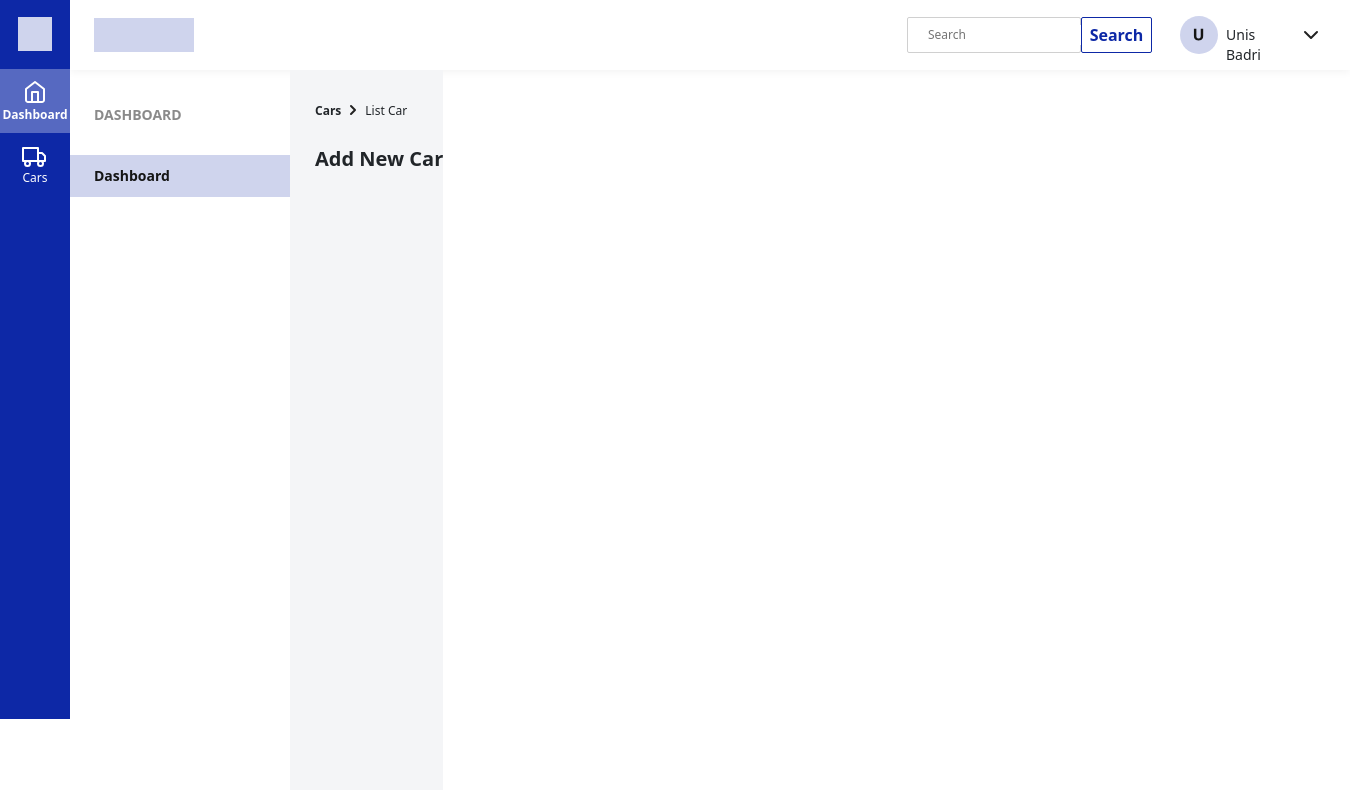
Repository: farrelmuhammad/challenge-7-binar
Page: /carlist/add
An editor plug-in stored every save of this project. The page is shown before and after the next save, followed by the edit.
The browser window is 1280 px wide. The page is 1350 px wide, so the pictures cover 1350 px, including what lies to the right of the window. The pictures show the whole page.
The project was rebuilt for these pictures with package versions that can differ from the ones it lists, and the page was loaded fresh each time. Also part of the build but not shown: src/component/navbar.js, src/component/header.js, src/component/footer.js, src/App.js, src/component/admin/Dashboard/index.jsx, src/pages/admin/Dashboard.js, src/component/admin/Cars/index.jsx, src/pages/admin/CarsList.js and 2 more.

Above is the page before, as saved 2022-05-27 21:00:07.

### src/index.js
import React from 'react';
import { BrowserRouter } from 'react-router-dom';
import { createRoot } from 'react-dom/client';
import { Provider } from 'react-redux';
import { store } from './app/store';
import reportWebVitals from './reportWebVitals';
import './index.css';
import RouteApp from './Routes'

const container = document.getElementById('root');
const root = createRoot(container);

root.render(
  <React.StrictMode>
    <Provider store={store}>
      <BrowserRouter>
        <RouteApp />
      </BrowserRouter>
    </Provider>
  </React.StrictMode>
);

// If you want to start measuring performance in your app, pass a function
// to log results (for example: reportWebVitals(console.log))
// or send to an analytics endpoint. Learn more: https://bit.ly/CRA-vitals
reportWebVitals();

### src/index.css
body {
  font-family: Helvetica Neue, Helvetica, Arial, sans-serif;
  font-style: normal;
  font-weight: normal;
  font-size: 14px;
  line-height: 20px;
  margin: 0;
  padding: 0;
}

h1,
h2,
h3,
h4,
h5 {
  line-height: 150%;
}

.header{
  background-color: #F1F3FF;
}

.footer i {
  color: #0D28A6;
  font-size: x-large;
}

.bg-darkblue{
  background-color: #0D28A6;
}

.logo {
  background-color: #0D28A6;
  width: 100px;
  height: 34px;
}

code {
  font-family: source-code-pro, Menlo, Monaco, Consolas, 'Courier New',
    monospace;
}

.card-cari {
  width: 1047px;
  /* height: 106px; */
  margin-top: -50px;
  z-index: 2;
}
.button-cari {
  width: 92px !important;
  margin-top: 30px;
  height: 36px;
}
.activeCari {
  height: 100%;
  width: 0;
  position: fixed;
  z-index: 2;
  top: 0;
  left: 0;
  background-color: rgba(0, 0, 0, 0.5);
  overflow-x: hidden;
  transition: 0.5s;
  padding-top: 34px;
}

### src/pages/admin/AddCar.js
import React from 'react'
import Navbar from '../../component/admin/Navbar'
import AddNewCar from '../../component/admin/Cars/add'

function AddCar() {
  return (
    <>
        <Navbar />
        <AddNewCar />
    </>
  )
}

export default AddCar

### src/component/admin/Navbar.jsx
import { Link } from 'react-router-dom';
import './Navbar.css';

const Navbar = () => {
  return (
    <header>
      {/* navbar top */}
      <div className="nav-top navbar">
        <div className="logo"></div>
        <span
          className="icon-menu iconify"
          data-icon="charm:menu-hamburger"
          data-width="24"
        ></span>
        <form className="nav-search d-flex">
          <div className="box-search">
            <span
              className="iconify"
              data-icon="akar-icons:search"
              data-width="18"
            ></span>
            <input type="search" placeholder="Search" />
          </div>
          <button className="button-search" type="submit">
            Search
          </button>
        </form>
        <div className="profile">
          <img src="img/profile.svg" alt="profile" />
          <p>Unis Badri</p>
          <img className="dropdown" src="img/dropdown.svg" alt="dropdown" />
        </div>
      </div>

      {/* navbar side */}
      <div className="nav-side">
        <div className="nav-blue">
          <div className="square"></div>
          <div className="frame-menu">
            <div className="dash-img" id="active">
              <a href="/dashboard">
                <img src="/img/dashboard.svg" alt="dashboard" />
              </a>
              <a href="/dashboard">Dashboard</a>
            </div>
            <div className="dash-img">
              <Link to="/carlist">
              <a>
                <img src="/img/cars.svg" alt="cars" />
                Cars
              </a>
              </Link>
            </div>
          </div>
        </div>
        <div className="nav-white">
          <div className="title-menu">
            <h1>DASHBOARD</h1>
          </div>
          <div className="list-menu">
            <h1>Dashboard</h1>
          </div>
        </div>
      </div>
    </header>
  );
};

export default Navbar;

### src/component/admin/Cars/add/index.jsx
import React from 'react'


export const AddCar = () => {
  return (
    <>
            <div className="content">
                <div className="breadcrumb">
                <h1>Cars</h1>
                <img src="../img/arrow-right.svg" alt="arrow-right" />
                <p>List Car</p>
                </div>
                <div className="col">
                    <h1 className="title-h1">Add New Car</h1>
                </div>



                {/* order table */}
                <div className="container-car">

                </div>

                {/* table navigation */}



            </div>
            </>
  )
}

export default AddCar

### src/component/admin/Navbar.css
h1 {
    font-size: 14px;
    line-height: 20px;
}

header .nav-top {
    position: absolute;
    width: 1280px;
    height: 70px;
    left: 70px;
    right: 0;
    top: 0px;
    box-shadow: 0px 2px 8px rgba(0, 0, 0, 0.05);
}

header .nav-top .logo {
    position: absolute;
    width: 100px;
    height: 34px;
    left: 24px;
    top: 18px;
    background: #CFD4ED;
}

header .nav-top .icon-menu {
    position: absolute;
    width: 24px;
    height: 24px;
    left: 244px;
    top: 23px;
}

header .nav-top .nav-search {
    display: flex;
    flex-direction: row;
    align-items: flex-start;
    padding: 0px;
    position: absolute;
    width: 245px;
    height: 36px;
    left: 837px;
    top: 17px;
}

header .nav-top .nav-search .box-search {
    display: flex;
    flex-direction: row;
    align-items: center;
    padding-left: 12px;
    width: 174px;
    height: 36px;
    border: 1px solid #D0D0D0;
    border-radius: 2px;
    font-size: 12px;
    line-height: 18px;
    color: #8A8A8A;
}

header .nav-top .nav-search .box-search > input {
    border: none;
    outline: none;
    padding-left: 8px;
}

header .nav-top .nav-search .button-search {
    display: flex;
    flex-direction: row;
    justify-content: center;
    align-items: center;
    padding: 8px 12px;
    width: 71px;
    height: 36px;
    background-color: white;
    border: 1px solid #0D28A6;
    border-radius: 2px;
    font-weight: 700;
    color:#0D28A6;
}

header .nav-top .profile {
    display: flex;
    flex-direction: row;
    align-items: center;
    position: absolute;
    width: 143px;
    height: 38px;
    left: 1110px;
    right: 24px;
    top: 16px;
}

header .nav-top .profile > p {
    position: absolute;
    width: 65px;
    height: 20px;
    left: 46px;
    top: 9px;
    font-weight: 400;
    font-size: 14px;
    line-height: 20px;
}

header .nav-top .profile .dropdown {
    position: absolute;
    width: 24px;
    height: 24px;
    left: 119px;
    top: 7px;
}

header .nav-side {
    position: absolute;
    width: 290px;
    height: 100%;
    left: 0px;
    top: -1px;
}

header .nav-side .nav-blue {
    position: absolute;
    left: 0%;
    right: 75.86%;
    top: 0%;
    bottom: 0%;
    background: #0D28A6;
}

header .nav-side .nav-blue .square {
    position: absolute;
    width: 34px;
    height: 34px;
    left: 18px;
    top: 18px;
    background: #CFD4ED;
}

header .nav-side .nav-blue .frame-menu {
    display: flex;
    flex-direction: column;
    align-items: flex-start;
    padding: 0px;
    position: absolute;
    width: 70px;
    height: 128px;
    left: 0px;
    top: 70px;
}

header .nav-side .nav-blue .frame-menu .dash-img {
    display: flex;
    flex-direction: column;
    justify-content: center;
    align-items: center;
    padding: 20px 23px;
    position: static;
    width: 70px;
    height: 64px;
    left: 0px;
    top: 0px;
}

#active {
    font-weight: 700;
    background: rgba(255, 255, 255, 0.3);
}

header .nav-side .nav-blue .frame-menu .dash-img a {
    font-size: 12px;
    line-height: 18px;
    margin-top: 2px;
    text-decoration: none;
    color: white;
}

header .nav-side .nav-blue img:last-child {
    margin-top: 0;
}

header .nav-side .nav-white {
    position: absolute;
    left: 24.14%;
    right: 0%;
    top: 7.76%;
    bottom: 0.22%;
}

header .nav-side .nav-white .title-menu {
    position: absolute;
    width: 220px;
    height: 42px;
    left: 24px;
    top: 50px;
}

header .title-menu h1 {
    font-weight: 700;
    color: #8A8A8A;
    left: 24px;
}

header .nav-side .nav-white .list-menu {
    position: static;
    margin-top: 100px;
    width: 220px;
    height: 42px;
    padding: 11px 24px;
    background: #CFD4ED;
}

header .list-menu h1 {
    font-weight: 700;
    color: #151515;
    left: 24px;
}

### src/component/admin/Dashboard/Content.css
.content {
    position: absolute;
    overflow: auto;
    left: 290px;
    top: 70px;
    /* width: 1280px; */
    height: 100%;
    background: #F4F5F7;
    font-size: 14px;
    line-height: 20px;
}

.content .breadcrumb {
    position: absolute;
    width: 300px;
    height: 18px;
    left: 25px;
    top: 32px;
}

.content .breadcrumb > h1 {
    font-size: 12px;
    line-height: 18px;
    font-weight: 700;
}

.content .breadcrumb > p {
    font-size: 12px;
    line-height: 18px;
    font-weight: 300;
}

.content .breadcrumb > img {
    width: 16px;
    height: 16px;
    margin-left: 4px;
    margin-right: 4px;
}

.content .title-h1 {
    font-size: 20px;
    line-height: 30px;
    font-weight: 700;
    margin-left: 25px;
    margin-top:74px;
}

.content .list-order {
    margin-top: 24px;
    position: absolute;
    width: 79px;
    height: 24px;
    margin-left: 25px;
}

.content .list-order > img {
    width: 4px;
    height: 24px;
}

.content .list-order > h1 {
    float: right;
    font-weight: 700;
    margin-left: 8px;
}

.content .list-table table {
    margin-left: 25px;
    margin-top: 72px;
    width: 100%;
    table-layout: fixed;
    background-color: white;
    border: 1px solid none;
    border-radius: 2px;
}

.content .list-table table thead {
    background-color: rgba(207, 212, 237, 1);
    font-weight: 700;
}

.content .list-table table thead th:first-child {
    width: 40px;
}

.content .list-table table thead th > img {
    float: right;
}

.content .table-nav {
    display: flex;
    flex-direction: row;
    width: 1010px;
    font-size: 12px;
    line-height: 18px;
    font-weight: 300;
}

.content .table-nav .limit-nav{
    margin-left: 25px;
}

.content .table-nav .limit-nav p {
    font-size: 12px;
    line-height: 18px;
}

.content .table-nav .jump-nav {
    margin-left: 24px;
}

.content .table-nav .jump-nav p {
    font-size: 12px;
    line-height: 18px;
}

.content .table-nav .go-nav {
    width: 43px;
    height: 36px;
    margin-top: 34px;
    background: #0D28A6;
    border-radius: 0px 2px 2px 0px;
}

.content .table-nav .go-nav > h1 {
    text-align: center;
    font-weight: bold;
    color: white;
    padding: 8px 8px;
}

.content .table-nav .page-number {
    margin-top: 33px;
    margin-left: 550px;
}

.content .list-car {
    margin-top: 24px;
    position: absolute;
    width: 65px;
    height: 24px;
    margin-left: 25px;
}

.content .list-car > img {
    width: 4px;
    height: 24px;
}

.content .list-car > h1 {
    float: right;
    font-weight: 700;
    margin-left: 8px;
}

.content .title-button-car {
    display: inline-flex;
}

.content .title-button-car > h1 {
    margin-right: 800px;
}

.content .title-button-car > a img {
    margin-top: 74px;
}

.content .button-category {
    margin-top: 24px;
    margin-left: 8px;
    display: inline-flex;
}

.content .button-category img {
    margin-left: 16px;
}

.content .cars-card {
    width: 320px;
    height: 482px;
    margin-left: 25px;
    margin-top: 24px;
    box-shadow: 0px 0px 4px rgba(0, 0, 0, 0.15);
    border-radius: 8px;
}

.content .cars-card .card-img-top {
    width: 270px;
    height: 160px;
    margin: auto;
    margin-top: 55px;
}

.content .cars-card .card-body {
    padding: 24px;
}

.content .cars-card .card-body .bold-h1 {
    font-weight: 700;
    font-size: 16px;
    line-height: 24px;
    margin-bottom: 0;
}

.content .cars-card .card-body-text {
    display: inline-flex;
    width: 303px;
    height: 20px;
    margin-top: 16px;
}

.content .cars-card .card-body-text img {
    margin-right: 8px;
    width: 20px;
    height: 20px;
}

.content .cars-card .button-card {
    display: inline-flex;
    margin-left: 8px;
    margin-top: 24px;
}

.content .cars-card .button-card img {
    width: 120px;
}

.content .cars-card .button-card img:last-child {
    margin-left: 16px;
}

.content .form-add-new-car {
    width: 1010px;
    height: 350px;
    background: white;
    margin-top: 32px;
    margin-left: 25px;
}

.content .form-add-new-car .content-form {
    padding-top: 16px;
    padding-left: 25px;
    font-weight: 300;
    font-size: 12px;
    line-height: 18px;
}

.content .form-add-new-car .content-form label {
    width: 147px;
}

.content .form-add-new-car .content-form input {
    width: 339px;
    height:auto;
    border: 1px solid #D0D0D0;
    border-radius: 2px;
    color: #8A8A8A;
    font-weight: 300;
    font-size: 12px;
    line-height: 18px;
}

.content .form-add-new-car .content-form .content-box {
    margin-left: 4px;
}

.content .form-add-new-car .content-h1 h1 {
    display: inline-flex;
    margin-left: 25px;
    margin-top: 16px;
    font-weight: 300;
    font-size: 12px;
    line-height: 18px;
}

.content .form-add-new-car .content-h1 h1:first-child {
    width: 147px;
}

.content .form-add-new-car .content-h1 h1:last-child {
    margin-left: 8px;
}

.content .button-form {
    display: inline-flex;
    margin-left: 9px;
}

.content .button-form img {
    margin-left: 16px;
    margin-top: 282px;
    margin-bottom: 40px;
}

### src/component/admin/Cars/Content.css
.content {
    position: absolute;
    overflow: auto;
    left: 290px;
    top: 70px;
    /* width: 1280px; */
    height: 100%;
    background: #F4F5F7;
    font-size: 14px;
    line-height: 20px;
}

.content .breadcrumb {
    position: absolute;
    width: 300px;
    height: 18px;
    left: 25px;
    top: 32px;
}

.content .breadcrumb > h1 {
    font-size: 12px;
    line-height: 18px;
    font-weight: 700;
}

.content .breadcrumb > p {
    font-size: 12px;
    line-height: 18px;
    font-weight: 300;
}

.content .breadcrumb > img {
    width: 16px;
    height: 16px;
    margin-left: 4px;
    margin-right: 4px;
}

.content .title-h1 {
    font-size: 20px;
    line-height: 30px;
    font-weight: 700;
    margin-left: 25px;
    margin-top:74px;
}

.content .list-order {
    margin-top: 24px;
    position: absolute;
    width: 79px;
    height: 24px;
    margin-left: 25px;
}

.content .list-order > img {
    width: 4px;
    height: 24px;
}

.content .list-order > h1 {
    float: right;
    font-weight: 700;
    margin-left: 8px;
}

.content .list-table table {
    margin-left: 25px;
    margin-top: 72px;
    width: 100%;
    table-layout: fixed;
    background-color: white;
    border: 1px solid none;
    border-radius: 2px;
}

.content .list-table table thead {
    background-color: rgba(207, 212, 237, 1);
    font-weight: 700;
}

.content .list-table table thead th:first-child {
    width: 40px;
}

.content .list-table table thead th > img {
    float: right;
}

.content .table-nav {
    display: flex;
    flex-direction: row;
    width: 1010px;
    font-size: 12px;
    line-height: 18px;
    font-weight: 300;
}

.content .table-nav .limit-nav{
    margin-left: 25px;
}

.content .table-nav .limit-nav p {
    font-size: 12px;
    line-height: 18px;
}

.content .table-nav .jump-nav {
    margin-left: 24px;
}

.content .table-nav .jump-nav p {
    font-size: 12px;
    line-height: 18px;
}

.content .table-nav .go-nav {
    width: 43px;
    height: 36px;
    margin-top: 34px;
    background: #0D28A6;
    border-radius: 0px 2px 2px 0px;
}

.content .table-nav .go-nav > h1 {
    text-align: center;
    font-weight: bold;
    color: white;
    padding: 8px 8px;
}

.content .table-nav .page-number {
    margin-top: 33px;
    margin-left: 550px;
}

.content .list-car {
    margin-top: 24px;
    position: absolute;
    width: 65px;
    height: 24px;
    margin-left: 25px;
}

.content .list-car > img {
    width: 4px;
    height: 24px;
}

.content .list-car > h1 {
    float: right;
    font-weight: 700;
    margin-left: 8px;
}

.content .title-button-car {
    display: inline-flex;
}

.content .title-button-car > h1 {
    margin-right: 800px;
}

.content .title-button-car > a img {
    margin-top: 74px;
}

.content .button-category {
    margin-top: 24px;
    margin-left: 8px;
    display: inline-flex;
}

.content .button-category img {
    margin-left: 16px;
}

.content .cars-card {
    width: 320px;
    height: 482px;
    margin-left: 25px;
    margin-top: 24px;
    box-shadow: 0px 0px 4px rgba(0, 0, 0, 0.15);
    border-radius: 8px;
}

.content .cars-card .card-img-top {
    width: 270px;
    height: 160px;
    margin: auto;
    margin-top: 55px;
}

.content .cars-card .card-body {
    padding: 24px;
}

.content .cars-card .card-body .bold-h1 {
    font-weight: 700;
    font-size: 16px;
    line-height: 24px;
    margin-bottom: 0;
}

.content .cars-card .card-body-text {
    display: inline-flex;
    width: 303px;
    height: 20px;
    margin-top: 16px;
}

.content .cars-card .card-body-text img {
    margin-right: 8px;
    width: 20px;
    height: 20px;
}

.content .cars-card .button-card {
    display: inline-flex;
    margin-left: 8px;
    margin-top: 24px;
}

.content .cars-card .button-card img {
    width: 120px;
}

.content .cars-card .button-card img:last-child {
    margin-left: 16px;
}

.content .form-add-new-car {
    width: 1010px;
    height: 350px;
    background: white;
    margin-top: 32px;
    margin-left: 25px;
}

.content .form-add-new-car .content-form {
    padding-top: 16px;
    padding-left: 25px;
    font-weight: 300;
    font-size: 12px;
    line-height: 18px;
}

.content .form-add-new-car .content-form label {
    width: 147px;
}

.content .form-add-new-car .content-form input {
    width: 339px;
    height:auto;
    border: 1px solid #D0D0D0;
    border-radius: 2px;
    color: #8A8A8A;
    font-weight: 300;
    font-size: 12px;
    line-height: 18px;
}

.content .form-add-new-car .content-form .content-box {
    margin-left: 4px;
}

.content .form-add-new-car .content-h1 h1 {
    display: inline-flex;
    margin-left: 25px;
    margin-top: 16px;
    font-weight: 300;
    font-size: 12px;
    line-height: 18px;
}

.content .form-add-new-car .content-h1 h1:first-child {
    width: 147px;
}

.content .form-add-new-car .content-h1 h1:last-child {
    margin-left: 8px;
}

.content .button-form {
    display: inline-flex;
    margin-left: 9px;
}

.content .button-form img {
    margin-left: 16px;
    margin-top: 282px;
    margin-bottom: 40px;
}

.container-car {
    display: grid;
    grid-template-columns: repeat(3, 1fr);
}

.card {
    display: flex;
    flex-direction: column;
    align-items: flex-start;
    padding: 24px;
    gap: 24px;

    background: #FFFFFF;
    /* Shadow/Low */

    box-shadow: 0px 0px 4px rgba(0, 0, 0, 0.15);
    border-radius: 8px;
    margin: 20px;
    padding: 1em;
}

.image img{
    width: 100%;
    height: 200px;
    object-fit: cover;
}

.img-placeholder {
    width: 100%;
    height: 200px;
    background-color: #ebebeb;
}

.info {
    padding: 1em 0;
}

.price {
    font-weight: bold;
}

.info ul li {
    list-style-type: none;
}

Loaded but not shown: public/index.html (common file); src/app/store.js (common file); src/reportWebVitals.js (common file); src/features/counter/counterAPI.js (common file); src/features/counter/counterSlice.js (73 lines, source omitted); src/Routes.js (25 lines, source omitted)

After the next save:
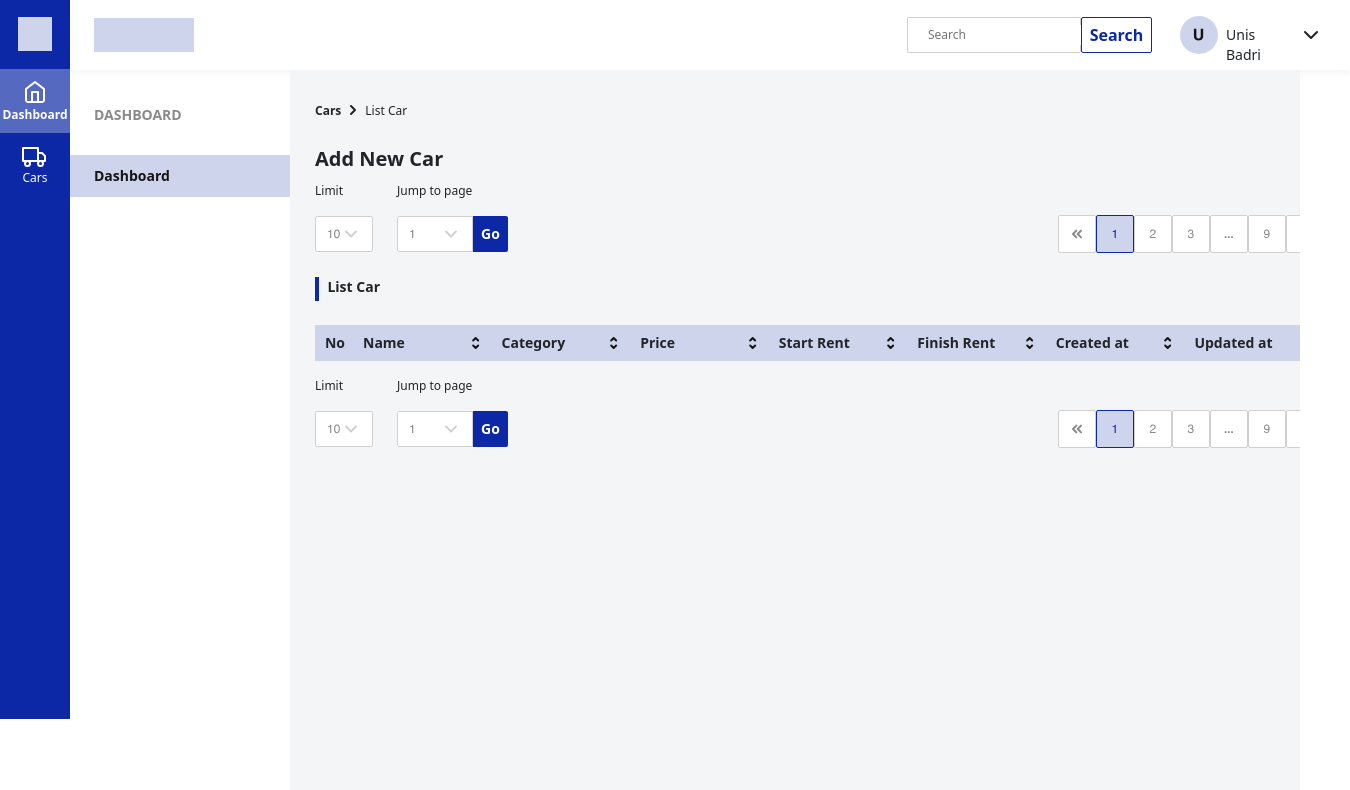
Saved 9 s later.
--- a/src/component/admin/Cars/add/index.jsx
+++ b/src/component/admin/Cars/add/index.jsx
@@ -1,5 +1,5 @@
 import React from 'react'
-
+import { Link } from 'react-router-dom'
 
 export const AddCar = () => {
   return (
@@ -17,14 +17,106 @@ export const AddCar = () => {
 
 
                 {/* order table */}
-                <div className="container-car">
+                <div className="container-input">
 
                 </div>
 
                 {/* table navigation */}
+                <div className="table-nav">
+                <div className="limit-nav">
+                    <p>Limit</p>
+                    <img src="../img/form-drop.svg" alt="form-drop" />
+                </div>
+                <div className="jump-nav">
+                    <p>Jump to page</p>
+                    <img src="../img/form-drop-2.svg" alt="form-drop-2" />
+                </div>
+                <div className="go-nav">
+                    <h1>Go</h1>
+                </div>
+                <div className="page-number">
+                    <img src="../img/page-number.svg" alt="page-number" />
+                </div>
+                </div>
 
+                <div className="list-car">
+                <img src="../img/line-blue.svg" alt="" />
+                <h1>List Car</h1>
+                </div>
+                {/* car table */}
+                <div className="list-table">
+                <table className="table table-borderless">
+                    <thead>
+                    <tr>
+                        <th style={{ textAlign: "center" }}>No</th>
+                        <th>
+                        Name
+                        <img className="sort" src="img/sort.svg" alt="sort" />
+                        </th>
+                        <th>
+                        Category
+                        <img className="sort" src="img/sort.svg" alt="sort" />
+                        </th>
+                        <th>
+                        Price
+                        <img className="sort" src="img/sort.svg" alt="sort" />
+                        </th>
+                        <th>
+                        Start Rent
+                        <img className="sort" src="img/sort.svg" alt="sort" />
+                        </th>
+                        <th>
+                        Finish Rent
+                        <img className="sort" src="img/sort.svg" alt="sort" />
+                        </th>
+                        <th>
+                        Created at
+                        <img className="sort" src="img/sort.svg" alt="sort" />
+                        </th>
+                        <th>
+                        Updated at
+                        <img className="sort" src="img/sort.svg" alt="sort" />
+                        </th>
+                    </tr>
+                    </thead>
+                    <tbody>
+                    {/* {dataCarAdmin?.map((car, i) => (
+                        <>
+                        <tr>
+                            <td key={car.id} style={{ textAlign: "center" }}>
+                            {i + 1}
+                            </td>
+                            <td>{car.name}</td>
+                            <td>{car.category}</td>
+                            <td>{car.price}</td>
+                            <td>{car.start_rent_at}</td>
+                            <td>{car.finish_rent_at}</td>
+                            <td>{car.createdAt}</td>
+                            <td>{car.updatedAt}</td>
+                        </tr>
+                        </>
+                    ))} */}
+                    </tbody>
+                </table>
+                </div>
 
-
+                {/* table navigation */}
+                <div className="table-nav">
+                <div className="limit-nav">
+                    <p>Limit</p>
+                    <img src="img/form-drop.svg" alt="form-drop" />
+                </div>
+                <div className="jump-nav">
+                    <p>Jump to page</p>
+                    <img src="img/form-drop-2.svg" alt="form-drop-2" />
+                </div>
+                <div className="go-nav">
+                    <h1>Go</h1>
+                </div>
+                <div className="page-number">
+                    <img src="img/page-number.svg" alt="page-number" />
+                </div>
+                </div>
             </div>
             </>
   )
